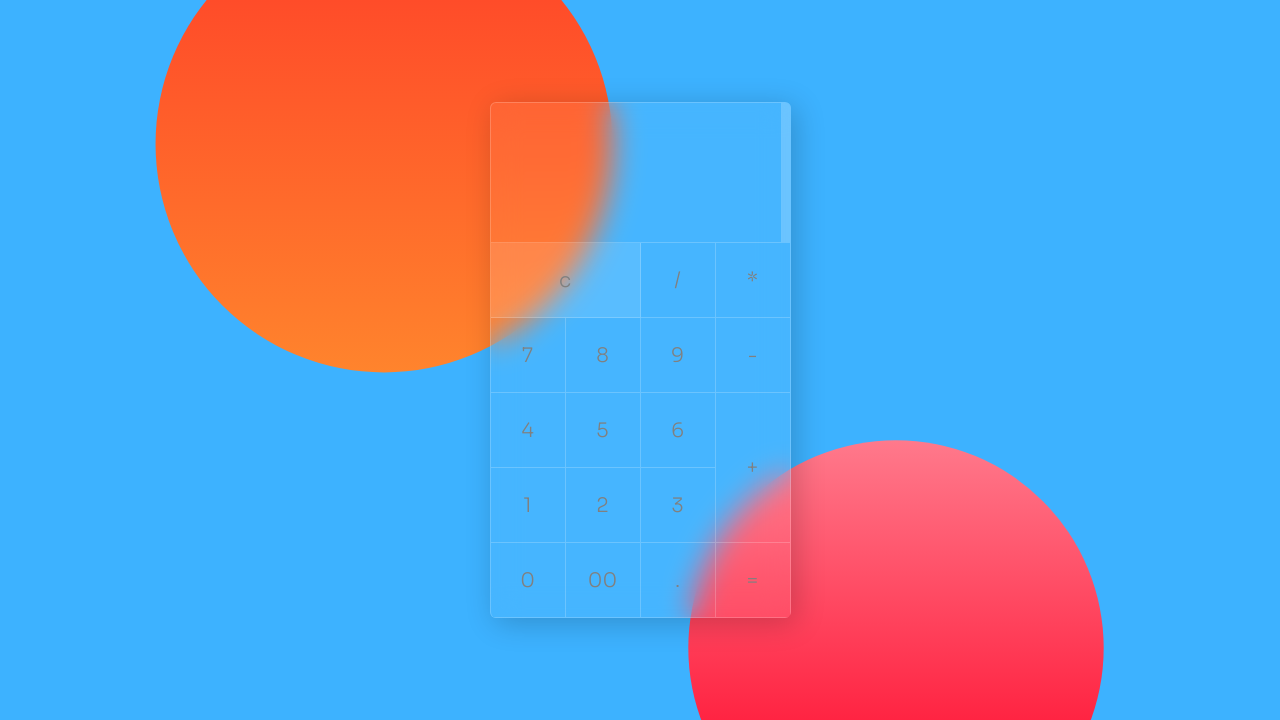
Repository: tharunkumaar404/Glass-Calci
Page: index.html
The author's editor kept a copy of each file at every save. The page is drawn from the files as they stood at one save, then again after the next save.
The browser window is 1280 px wide. The pictures show the whole page.

Above is the page before, as saved 2021-08-26 15:08:26.

After the next save:
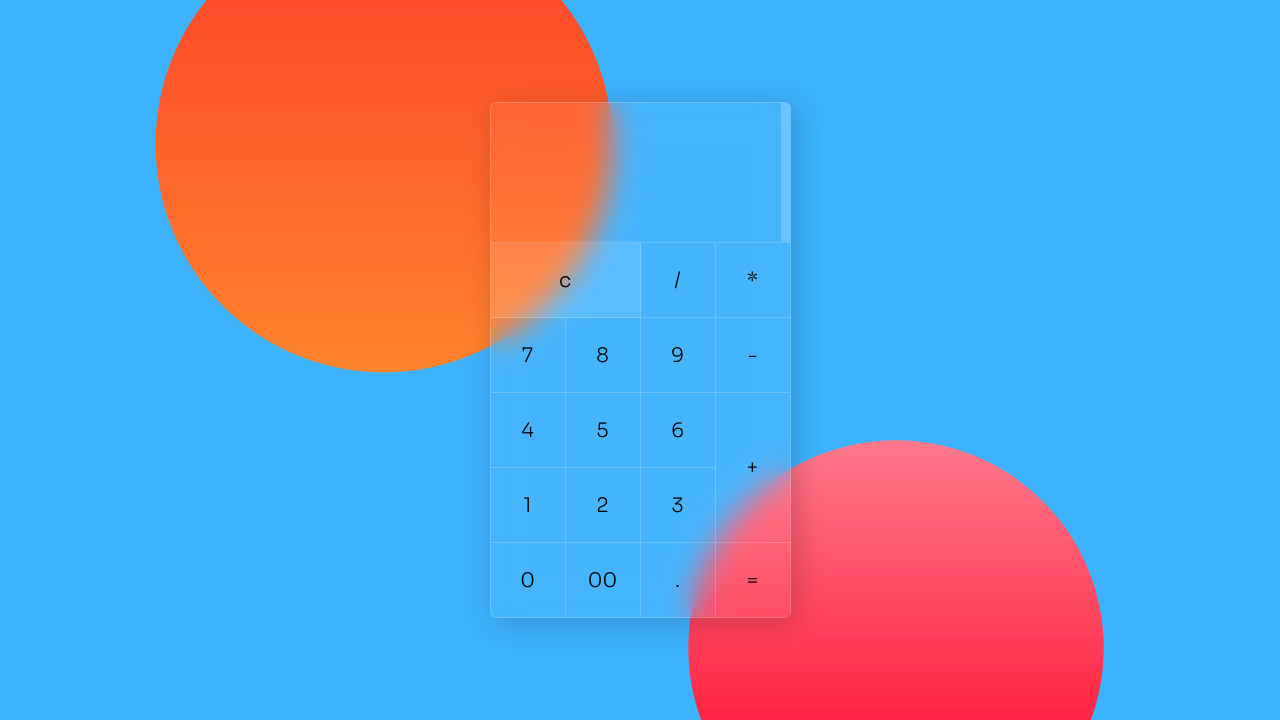
Saved 5 s later.
--- a/styles.css
+++ b/styles.css
@@ -76,7 +76,7 @@ body::after{
     place-items:center;
     height: 75px;
     width:75px;
-    color:gray;
+    color:black;
     cursor:pointer;
     font-weight:400;
     font-size:20px;
